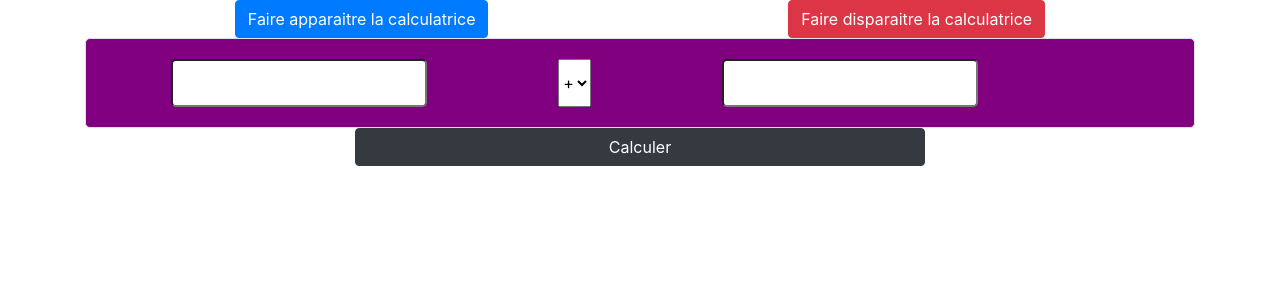
Repository: julieLyM/calculatrice
Page: calculatrice.html
These files come from the project's save history. The page is drawn as it stood at one moment and after the next save; the edit follows.
The browser window is 1280 px wide. The pictures show the whole page.

Above is the page before, as saved 2020-12-08 15:21:26.

After the next save:
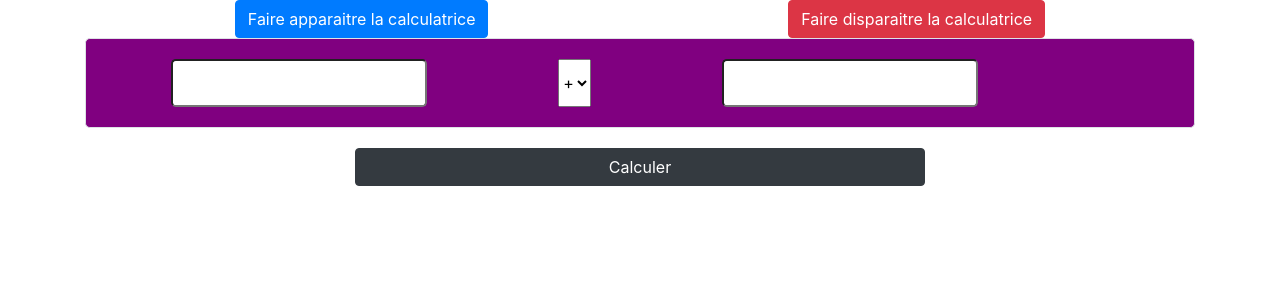
Saved 5 s later.
--- a/calculatrice.html
+++ b/calculatrice.html
@@ -33,7 +33,7 @@
           <br>
         </div>
 
-        <div class="row justify-content-center" style="margin:">
+        <div class="row justify-content-center" style="margin-top: 20px">
           <button type="button" class="btn btn-dark w-50" id="calculer">Calculer</button>
         </div>
 
